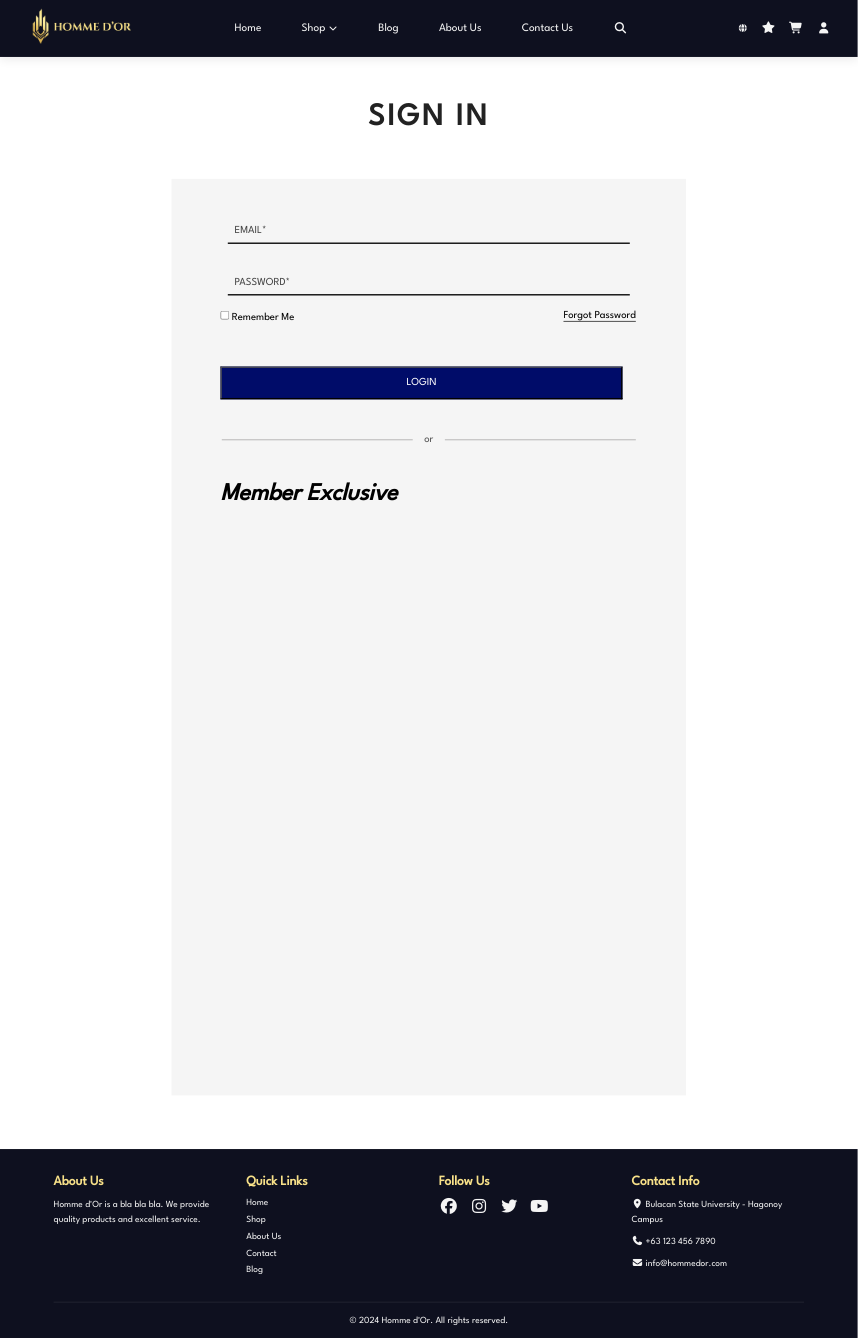
Repository: Izy-Blinken/Homme-d-Or
Page: http://localhost/Homme_dor/pages/login.php?country=ph
An editor plug-in stored every save of this project. The page is shown before and after the next save, followed by the edit.
The browser window is 1280 px wide. The pictures show the whole page, at 67% of full size.
The page is run by PHP 8.4 with error messages shown; the project is at /var/www/html/.

Above is the page before, as saved 2026-01-24 22:55:17.

### pages/login.php
<!DOCTYPE html>
<html>
    <head>
        <title>Sign Up</title>
        <link rel="stylesheet" href="../assets/icons/fontawesome/css/all.min.css">
        <link rel="stylesheet" href="../assets/css/style.css">
    </head>

    <body>

        <?php include '../components/header.php'; ?>

        <main>
            <div class="signupTitle">
                <h2><b>SIGN IN</b></h2>
            </div>

            <div class="signupContainerlog">

                <div class="inputGrouplog">
                    <input type="email" required>
                    <label>EMAIL*</label>
                </div>

                <div class="inputGrouplogPas">
                    <input type="password" required>
                    <label>PASSWORD*</label>
                </div>

                <div class="inputGroupCheckboxlog">
                    <input type="checkbox" required>
                    <label> Remember Me</label>

                </div>

                <div class="forgotP">
                    <a href="forgotP.php">Forgot Password</a>

                </div>


                <div class="logBtn">
                    <button>LOGIN</button>

                </div>

                <div class="orContainer">
                    <div class="line1"></div>
                    <div class="line2"></div>

                    <p>or</p>

                    <h2><i><b>Member Exclusive</b></i></h2>

                    <div class="logParagraph">

                    </div>


                </div>

            </div>
        </main>

        <?php include '../components/footer.php'; ?>

    </body>
</html>

### components/header.php
<?php
$currentPage = basename($_SERVER['PHP_SELF']);
?>

<section id="header">
    <a href="index.php">
        <img src="../assets/images/brand_images/prodLogo.png" class="logo" alt="Brand Logo">
    </a>

    <div class="nav-wrapper">
        <ul id="navbar">
            <li><a class="<?php echo ($currentPage == 'index.php') ? 'active' : ''; ?>" href="index.php">Home</a></li>
            <li class="dropdown">
                <a >
                    Shop <i class="fa-solid fa-chevron-down"></i>
                </a>
                <ul class="dropdown-menu">
                    <li><a href="shop.php?category=sale">Sale</a></li>
                    <li><a href="shop.php?category=new-arrival">New Arrival</a></li>
                    <li><a href="shop.php?category=top-picks">Top Picks</a></li>
                    <li><a href="shop.php?category=daily-wear">Daily Wear</a></li>
                    <li><a href="shop.php?category=premium">Premium</a></li>
                </ul>
            </li>
            <li><a class="<?php echo ($currentPage == 'blog.php') ? 'active' : ''; ?>" href="blog.php">Blog</a></li>
            <li><a class="<?php echo ($currentPage == 'AboutUs.php') ? 'active' : ''; ?>" href="AboutUs.php">About Us</a></li>
            <li><a class="<?php echo ($currentPage == 'ContactUs.php') ? 'active' : ''; ?>" href="ContactUs.php">Contact Us</a></li>
            <li><a href="search.php"><i class="fa-solid fa-search"></i></a></li>
        </ul>

        <ul id="navbar-right">
        <li class="dropdown country-dropdown">
            <a href="#">
                <i class="fa-solid fa-globe"></i>
            </a>
            <ul class="dropdown-menu country-menu">
                <li><a href="?country=ph"><span class="flag">🇵🇭</span> Philippines</a></li>
                <li><a href="?country=jp"><span class="flag">🇯🇵</span> Japan</a></li>
                <li><a href="?country=cn"><span class="flag">🇨🇳</span> China</a></li>
                <li><a href="?country=fr"><span class="flag">🇫🇷</span> France</a></li>
            </ul>
        </li>
        <li><a class="<?php echo ($currentPage == 'wishlist.php') ? 'active' : ''; ?>"href="wishlist.php"><i class="fa-solid fa-star"></i></a></li>
            <li><a class="<?php echo ($currentPage == 'cart.php') ? 'active' : ''; ?>" href="cart.php"><i class="fa-solid fa-shopping-cart"></i></a></li>
            <li><a class="<?php echo ($currentPage == 'profile.php') ? 'active' : ''; ?>" href="profile.php"><i class="fa-solid fa-user"></i></a></li>
        </ul>
    </div>
</section>

### components/footer.php
<footer id="footer">
    <div class="footer-content">
        <div class="footer-section">
            <h3>About Us</h3>
            <p>Homme d'Or is a bla bla bla. We provide quality products and excellent service.</p>
        </div>

        <div class="footer-section">
            <h3>Quick Links</h3>
            <ul>
                <li><a href="index.php">Home</a></li>
                <li><a href="shop.php">Shop</a></li>
                <li><a href="AboutUs.php">About Us</a></li>
                <li><a href="ContactUs.php">Contact</a></li>
                <li><a href="blog.php">Blog</a></li>
            </ul>
        </div>

        <div class="footer-section">
            <h3>Follow Us</h3>
            <div class="social-icons">
                <a href="#"><i class="fa-brands fa-facebook"></i></a>
                <a href="#"><i class="fa-brands fa-instagram"></i></a>
                <a href="#"><i class="fa-brands fa-twitter"></i></a>
                <a href="#"><i class="fa-brands fa-youtube"></i></a>
            </div>
        </div>

        <div class="footer-section">
            <h3>Contact Info</h3>
            <p><i class="fa-solid fa-location-dot"></i> Bulacan State University - Hagonoy Campus</p>
            <p><i class="fa-solid fa-phone"></i> +63 123 456 7890</p>
            <p><i class="fa-solid fa-envelope"></i> info@hommedor.com</p>
        </div>
    </div>

    <div class="footer-bottom">
        <p>&copy; 2024 Homme d'Or. All rights reserved.</p>
    </div>
</footer>

Loaded but not shown: assets/icons/fontawesome/css/all.min.css (library); assets/css/style.css (1864 lines, source omitted)

After the next save:
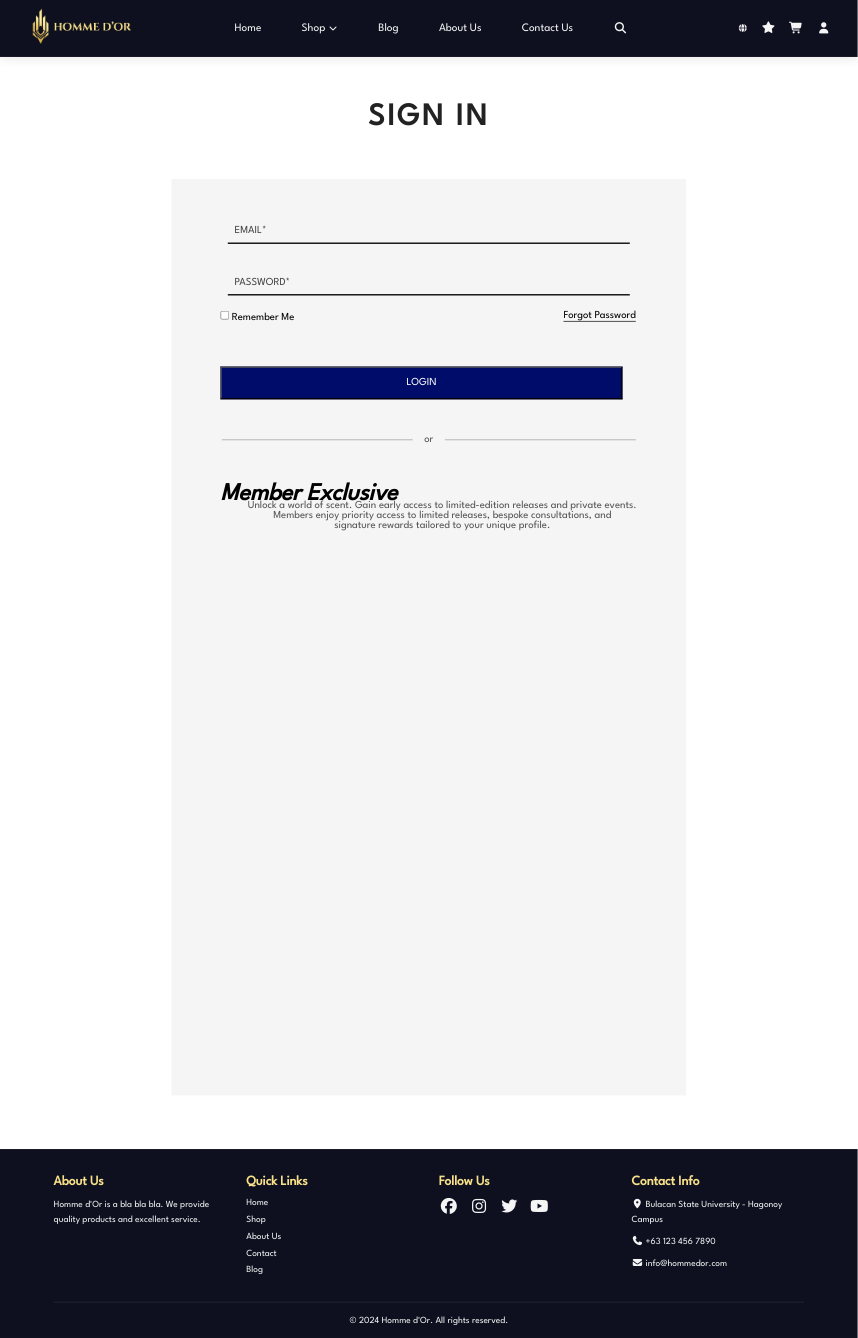
Saved 4 s later.
--- a/pages/login.php
+++ b/pages/login.php
@@ -53,7 +53,10 @@
                     <h2><i><b>Member Exclusive</b></i></h2>
 
                     <div class="logParagraph">
-
+                        <p>Unlock a world of scent. Gain early access to
+                        limited-edition releases and private events.<br>
+                        Members enjoy priority access to limited releases, bespoke consultations, and<br>
+                        signature rewards tailored to your unique profile.</p>
                     </div>
 
 
